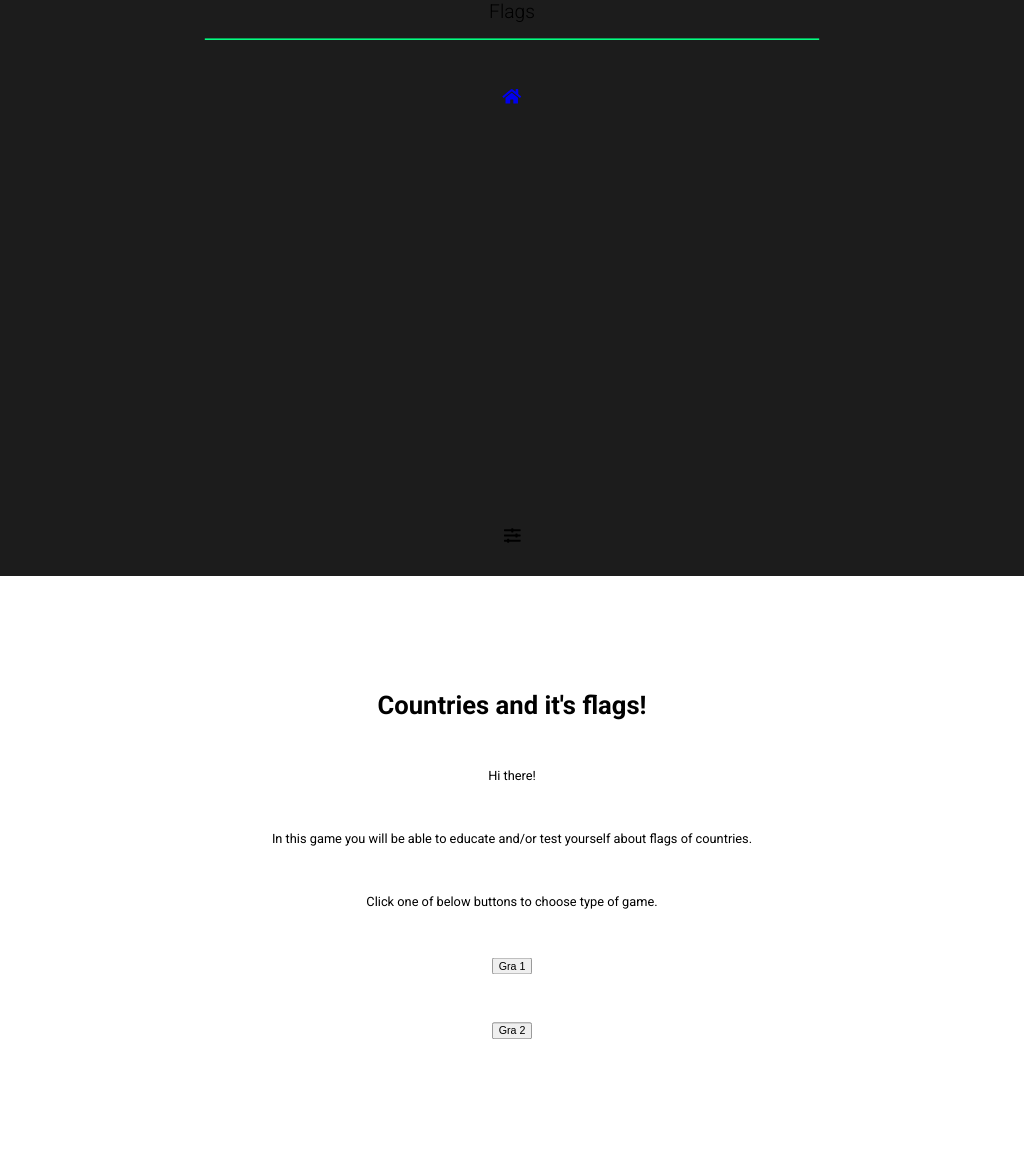
Repository: RXBVK/Flags
Page: /
These files come from the project's save history. The page is drawn as it stood at one moment and after the next save; the edit follows.
The browser window is 1280 px wide. The pictures show the whole page, at 80% of full size.
The project was rebuilt for these pictures with package versions that can differ from the ones it lists, and the page was loaded fresh each time.

Above is the page before, as saved 2021-06-29 16:25:59.

After the next save:
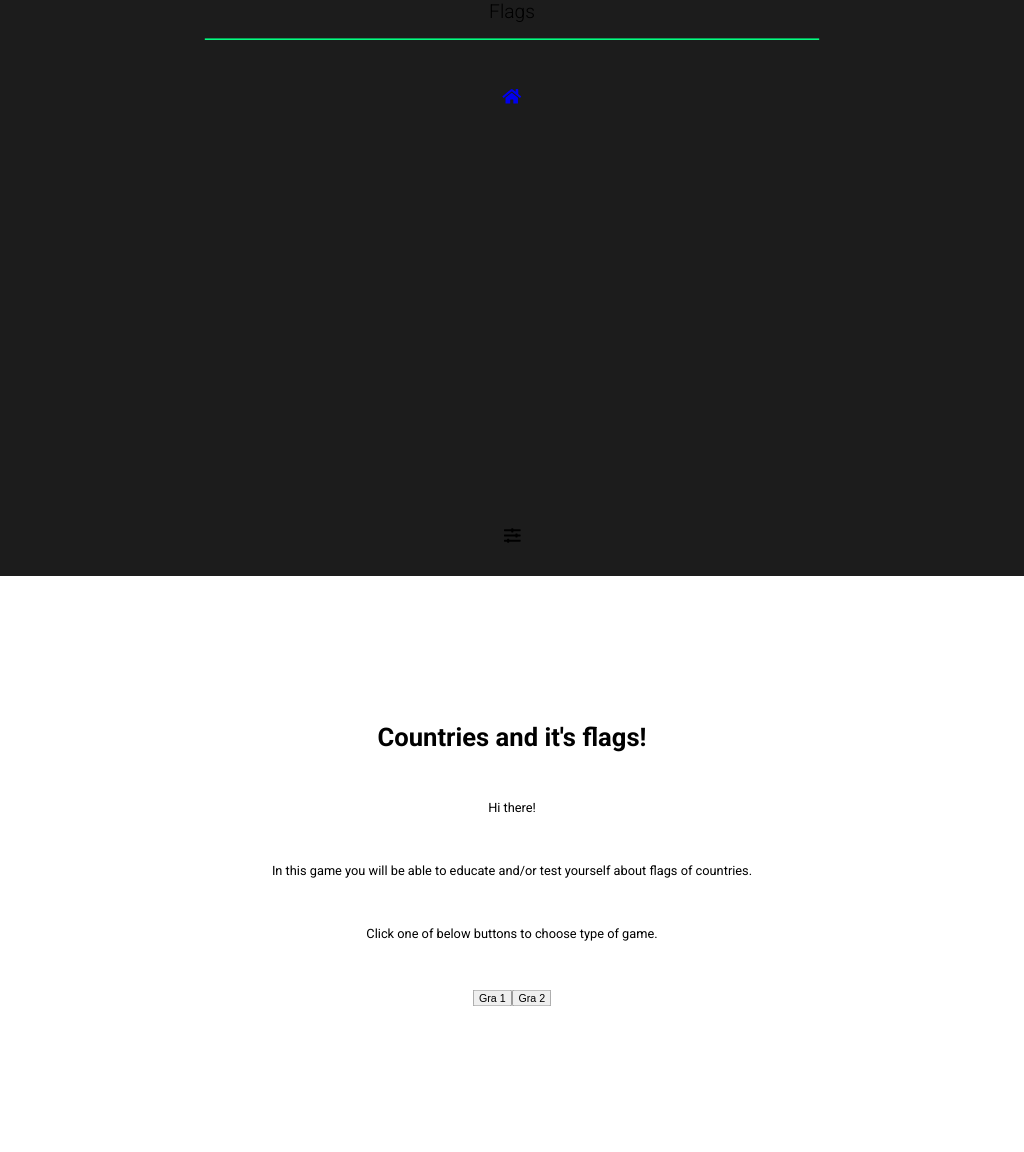
Saved 16 s later.
--- a/src/components/Home/Home.js
+++ b/src/components/Home/Home.js
@@ -10,8 +10,10 @@ export default function Home() {
         flags of countries.
       </p>
       <p>Click one of below buttons to choose type of game.</p>
-      <button>Gra 1</button>
-      <button>Gra 2</button>
+      <div>
+        <button>Gra 1</button>
+        <button>Gra 2</button>
+      </div>
     </div>
   );
 }
